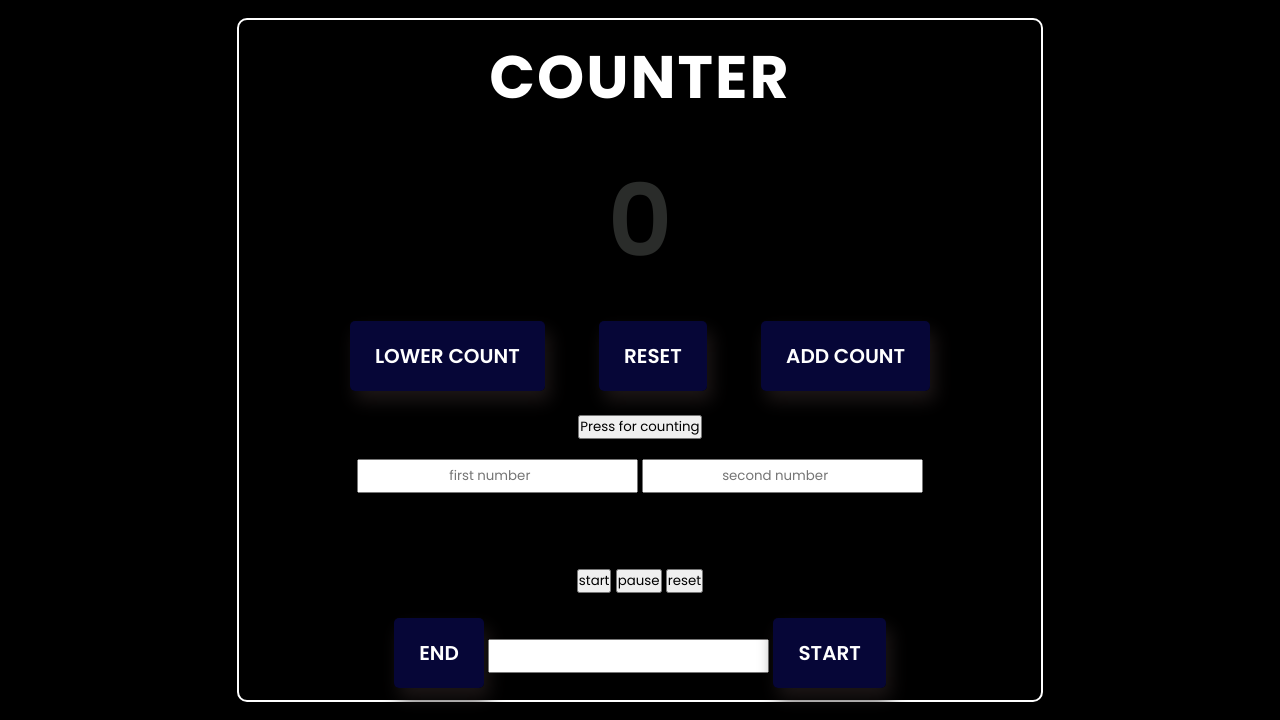
Repository: Seryozha02/Calculator
Page: index.html
An editor plug-in stored every save of this project. The page is shown before and after the next save, followed by the edit.
The browser window is 1280 px wide. The pictures show the whole page.

Above is the page before, as saved 2022-02-20 13:37:15.
Not found: script.js

### index.html
<!DOCTYPE html>
<html lang="en">
  <head>
    <meta charset="UTF-8" />
    <meta http-equiv="X-UA-Compatible" content="IE=edge" />
    <meta name="viewport" content="width=device-width, initial-scale=1.0" />
    <link rel="stylesheet" href="./style.css" />
    <title>Counter</title>
  </head>
  <body>
    <div class="body">
      <div class="parent">
          <div class="main">
              <div class="countText">
                  <h1>COUNTER</h1>
              </div>
              <div class="number">
                  <p id="num">0</p>
              </div>
              <div class="options">
                  <button class="leftButton">LOWER COUNT</button>
                  <button class="centerButton">RESET</button>
                  <button class="rightButton">ADD COUNT</button>
              </div>
              <div class="addABParent">
                  <button class="addAB">Press for counting</button>
                  <input type="number" id="inputNum1" placeholder="first number"><span class="plyus"></span>
                  <input type="number" id="inputNum2" placeholder="second number"><span class="equals"></span>
                  <span id="valueOfSum"></span>
              </div>
              <form name="form_main">
                  <div>
                      <span id="hour">00</span>:<span id="minute">00</span>:<span id="second">00</span>:<span id="millisecond">000</span>
                  </div>
                  <br />
                  <button type="button" name="start">start</button>
                  <button type="button" name="pause">pause</button>
                  <button type="button" name="reset">reset</button>
              </form>
              <div class="options">
                  <button class="fibonLeft">END</button>
                  <input id="inputNumFibo">
                  <button class="fibonRight">START</button>
              </div>
          </div>
      </div>
  </div>
    <script src="script.js"></script>
  </body>
</html>

### style.css
@import url('https://fonts.googleapis.com/css2?family=Poppins:wght@200;300;400;500;600;700&display=swap');
* {
    margin: 0;
    padding: 0;
    box-sizing: border-box;
    font-family: 'Poppins', sans-serif;
}

.body {
    background-color: black;
    position: absolute;
    width: 100%;
    height: 100%;
    display: flex;
    align-items: center;
    justify-content: center;
}

.parent {
   background-color:;
    position: relative;
    width: 70%;
    height: 100%;
    display: flex;
    align-items: center;
    justify-content: center;
}

.main {
    position: relative;
    width: 90%;
    height: 95%;
    display: flex;
    align-items: center;
    justify-content: center;
    flex-direction: column;
    border: 2px solid white;
    border-radius: 10px;
    box-shadow: 0px 13px 12px 4px;
    display: flex;
    flex-direction: column;
    justify-content: space-around;
}

.countText {
    display: flex;
    align-items: center;
    justify-content: center;
    letter-spacing: 2px;
    color: white;
    font-size: 30px;
}

.number {
    font-size: 100px;
    font-weight: 600;
    color: rgb(42, 44, 42);
}

.options button {
    background-color: rgba(7, 7, 63, 0.884);
    border-radius: 5px;
    color: white;
    font-size: 20px;
    font-weight: 600;
    cursor: pointer;
    border: none;
    padding: 20px 25px 20px 25px;
    box-shadow: 5px 10px 18px #1D1717;
}

.options button:hover,
.btn button:hover {
    transform: scale(0.96);
}

.options button.leftButton {
    margin-right: 50px;
}

.options button.rightButton {
    margin-left: 50px;
}

.addABParent {
    text-align: -webkit-center;
}

.addAB {
    display: flex;
    margin-bottom: 20px;
    cursor: pointer;
}

input {
    padding: 5px 10px;
    text-align: center;
}

After the next save:
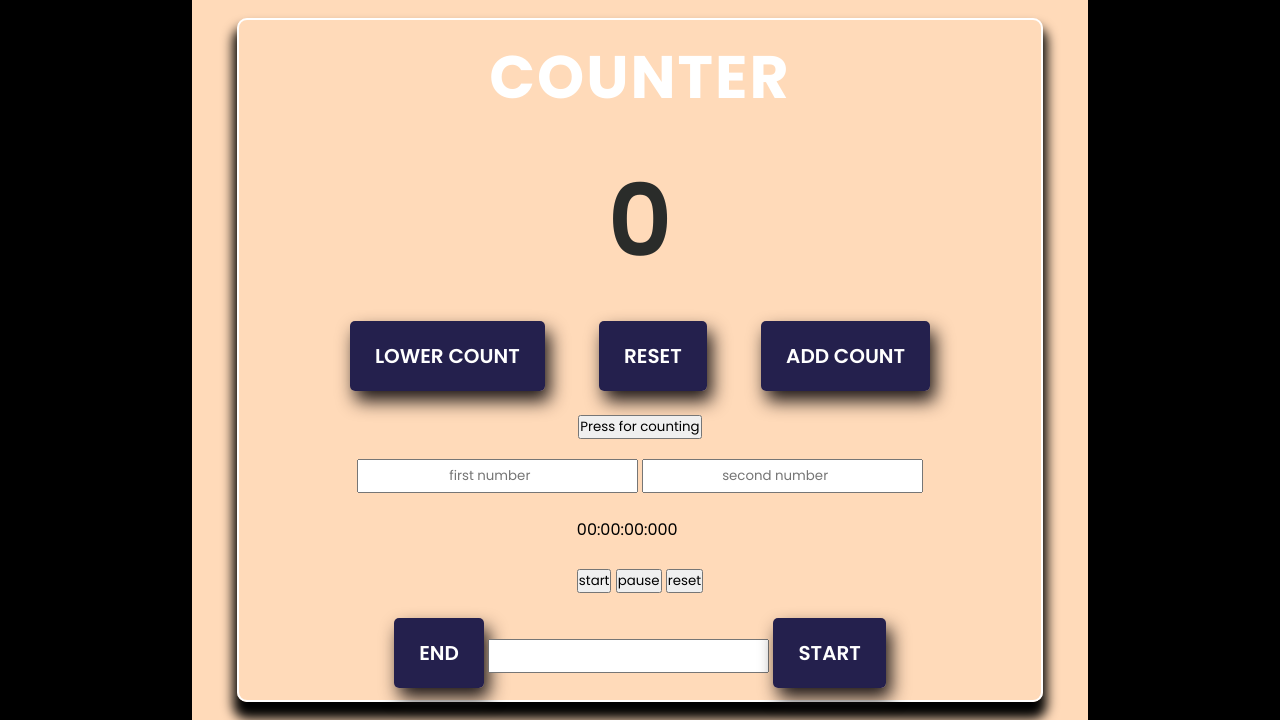
Saved 17 s later.
--- a/style.css
+++ b/style.css
@@ -17,7 +17,7 @@
 }
 
 .parent {
-   background-color:;
+   background-color:peachpuff;
     position: relative;
     width: 70%;
     height: 100%;

After the 2 saves that followed:
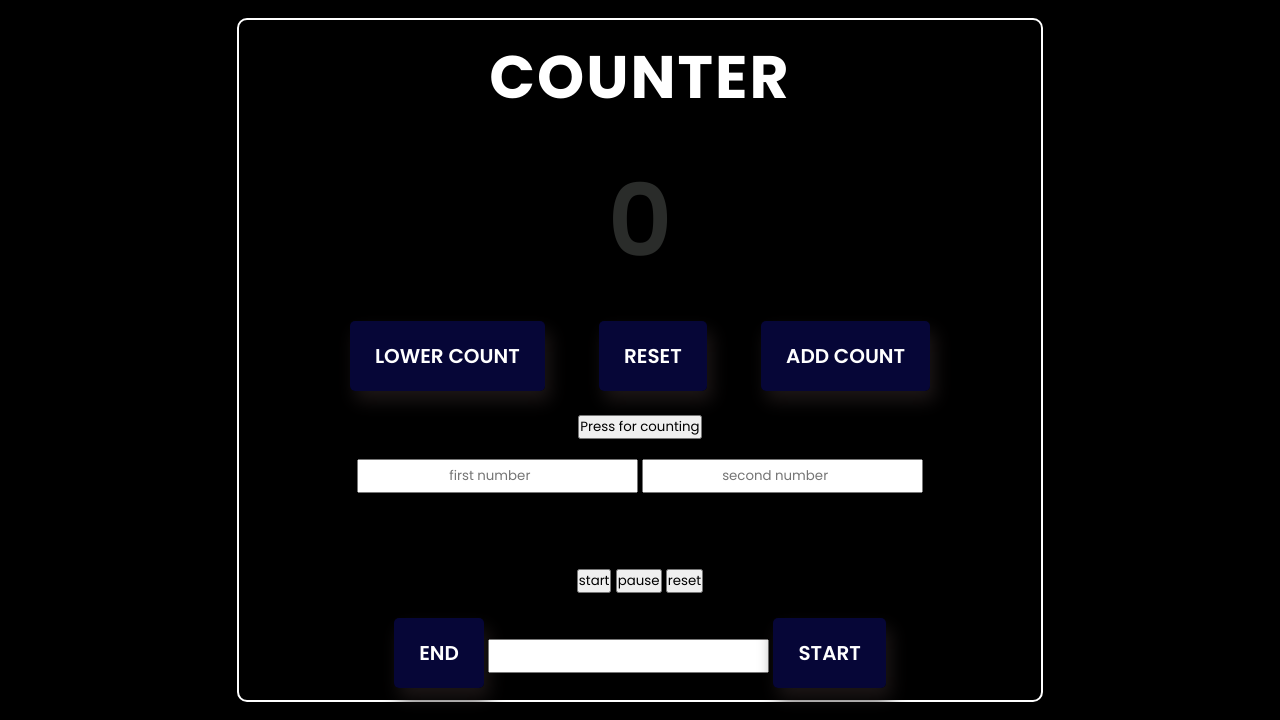
The 2 saves are shown as one change because they came seconds apart.
The last was saved 6 s later.
--- a/style.css
+++ b/style.css
@@ -17,7 +17,7 @@
 }
 
 .parent {
-   background-color:peachpuff;
+   background-color: ;
     position: relative;
     width: 70%;
     height: 100%;
